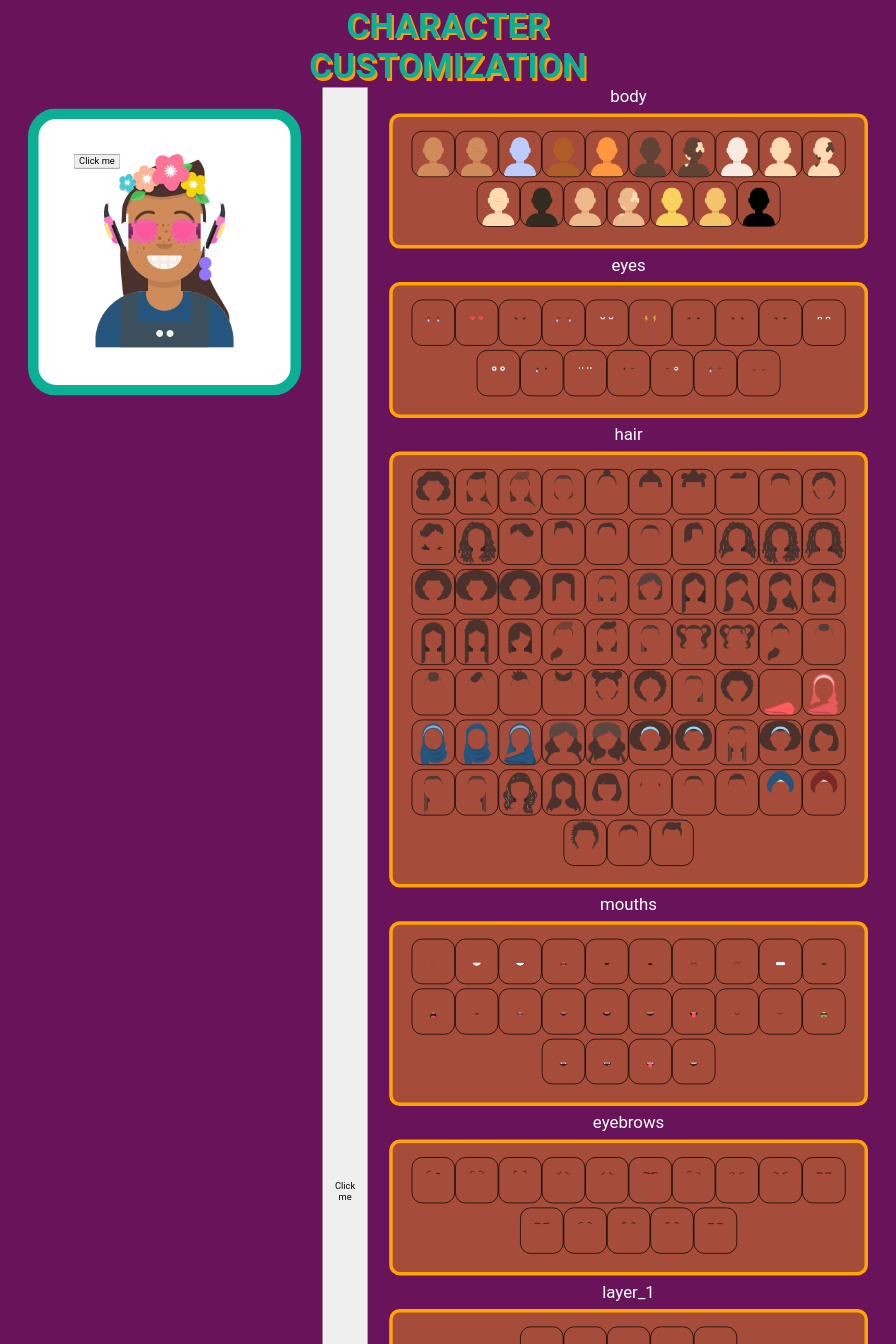
Repository: Kamaric112/react_clothing
Page: /
These files come from the project's save history. The page is drawn as it stood at one moment and after the next save; the edit follows.
The browser window is 1280 px wide. The pictures show the part of the page from y = 0 to 1920 px (the page is 3287 px tall), at 70% of full size.
The project was rebuilt for these pictures with package versions that can differ from the ones it lists, and the page was loaded fresh each time.

Above is the page before, as saved 2022-08-29 21:01:34.

After the next save:
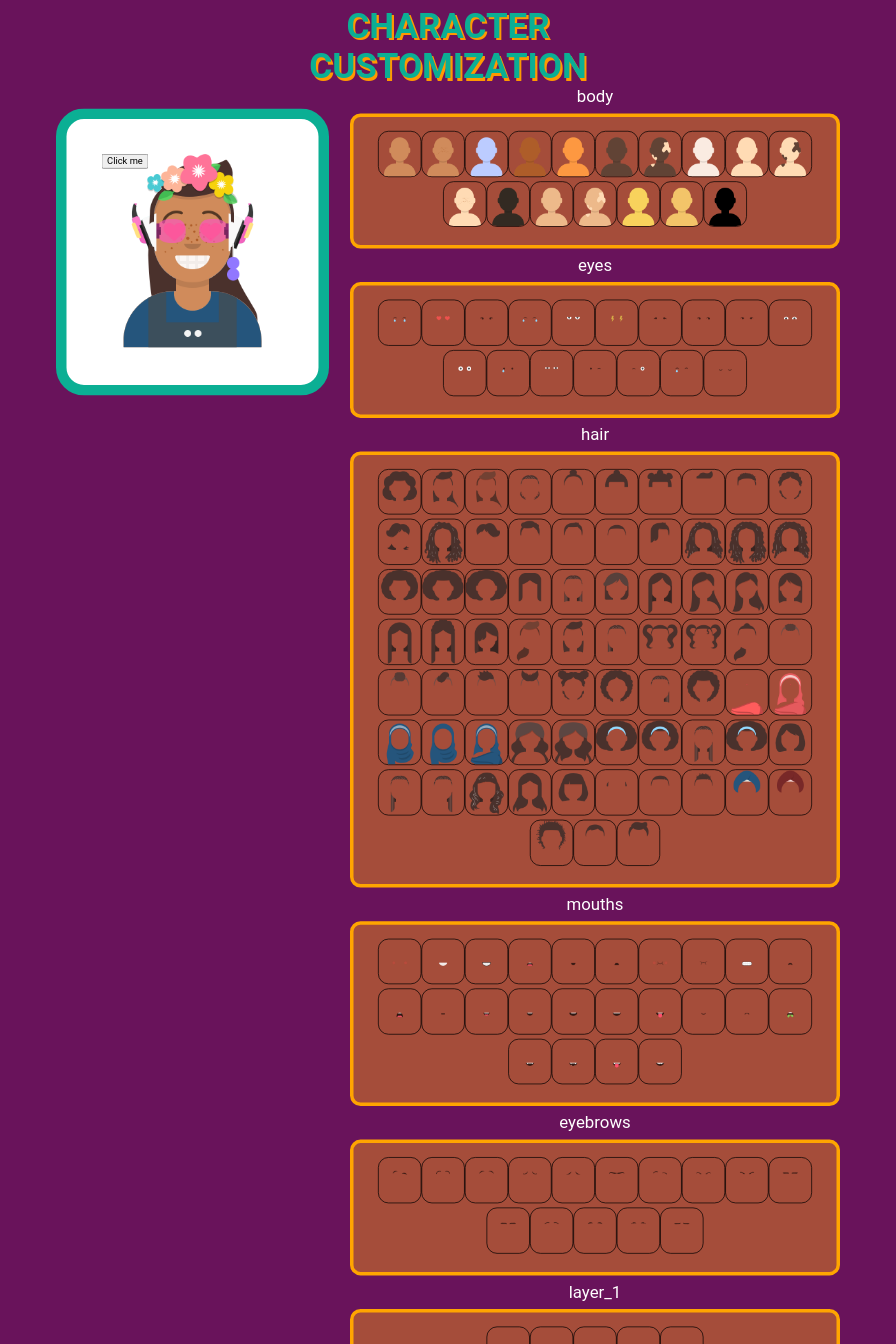
Saved 4 s later.
--- a/src/components/App.js
+++ b/src/components/App.js
@@ -61,7 +61,6 @@ const handleClick = (e) => {
       <Header />
       <div className="total-style">
         <Avatar eyes = {eyes} body = {body} layer_1 = {layer_1} layer_2 = {layer_2} layer_3 ={layer_3} mouths = {mouths} glasses = {glasses} hair = {hair} earrings = {earrings} hats = {hats} eyebrows= {eyebrows}/>
-        <button onClick={randomize}>Click me </button>
         <div>
         <PartList type = "body" total ="17" index = "1" handleClick={(e) => setBody(e.target.src.split('/').pop().split('.')[0])} />
         <PartList type = "eyes" total ="17" index = "1" handleClick={(e) => setEyes(e.target.src.split('/').pop().split('.')[0])}/>
